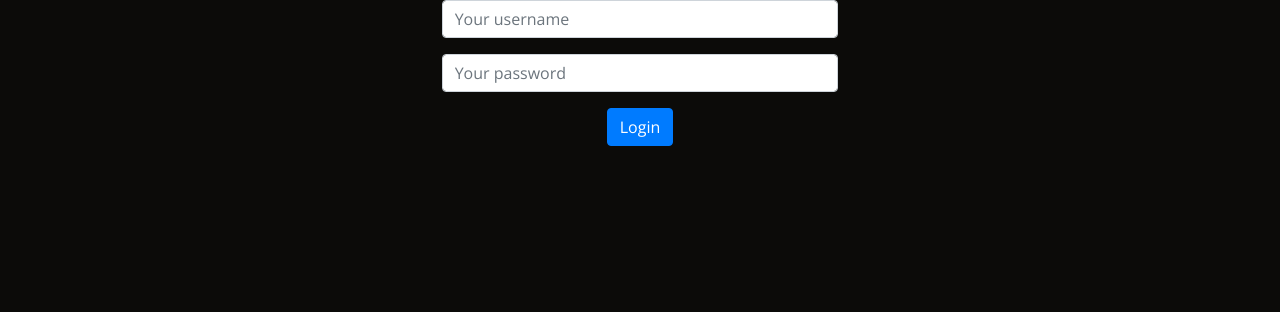
Repository: Amalraveendran/Amal
Page: http://localhost/cakehub/login.jsp
The author's editor kept a copy of each file at every save. The page is drawn from the files as they stood at one save, then again after the next save.
The browser window is 1280 px wide. The pictures show the whole page.
Some web fonts or font styles are not loaded; a fallback is used. The page is served by Tomcat 9. Other server files are loaded and not shown.

Above is the page before, as saved 2021-01-30 10:02:17.
Console error: TypeError: $(...).datepicker is not a function

### Eclipse Workspace/cakehub/WebContent/login.jsp
<%@ page language="java" contentType="text/html; charset=ISO-8859-1"
    pageEncoding="ISO-8859-1"%>
<!DOCTYPE html>
<html>
<head>
<meta charset="ISO-8859-1">
<title>Admin-panel</title>

 <link href="assets/img/back.jpg" rel="icon">
  <link href="assets/img/index.jpg" rel="apple-touch-icon">

  <!-- Google Fonts -->
  <link href="https://fonts.googleapis.com/css?family=Open+Sans:300,300i,400,400i,600,600i,700,700i|Playfair+Display:ital,wght@0,400;0,500;0,600;0,700;1,400;1,500;1,600;1,700|Poppins:300,300i,400,400i,500,500i,600,600i,700,700i" rel="stylesheet">

  <!-- Vendor CSS Files -->
  <link href="assets/vendor/bootstrap/css/bootstrap.min.css" rel="stylesheet">
  <link href="assets/vendor/icofont/icofont.min.css" rel="stylesheet">
  <link href="assets/vendor/boxicons/css/boxicons.min.css" rel="stylesheet">
  <link href="assets/vendor/animate.css/animate.min.css" rel="stylesheet">
  <link href="assets/vendor/owl.carousel/assets/owl.carousel.min.css" rel="stylesheet">
  <link href="assets/vendor/venobox/venobox.css" rel="stylesheet">
  <link href="assets/vendor/aos/aos.css" rel="stylesheet">

  <!-- Template Main CSS File -->
  <link href="assets/css/style.css" rel="stylesheet">
</head>
<body>
<center>
<div>
<form action="AdminLogin" >

            <div class="col-lg-4 col-md-6 form-group">
              <input type="text" class="form-control" name="uname" id="uname" placeholder="Your username" data-rule="email" data-msg="Please enter a valid email">

            </div>
            <div class="col-lg-4 col-md-6 form-group">
              <input type="password" class="form-control" name="pwd" id="pwd" placeholder="Your password" data-rule="minlen:4" data-msg="Please enter at least 4 chars">
			</div>


            <input type="submit" class="btn btn-primary" value="Login">



</form>
 </div>
</center>
 <script src="assets/vendor/jquery/jquery.min.js"></script>
  <script src="assets/vendor/bootstrap/js/bootstrap.bundle.min.js"></script>
  <script src="assets/vendor/jquery.easing/jquery.easing.min.js"></script>
  <script src="assets/vendor/php-email-form/validate.js"></script>
  <script src="assets/vendor/owl.carousel/owl.carousel.min.js"></script>
  <script src="assets/vendor/isotope-layout/isotope.pkgd.min.js"></script>
  <script src="assets/vendor/venobox/venobox.min.js"></script>
  <script src="assets/vendor/aos/aos.js"></script>
  <script>
    $('#datepicker').datepicker({
        uiLibrary: 'bootstrap4'
    });
</script>
  <!-- Template Main JS File -->
  <script src="assets/js/main.js"></script>
</body>
</html>

Loaded but not shown: Eclipse Workspace/cakehub/WebContent/assets/js/main.js (220 lines, source omitted); Eclipse Workspace/cakehub/WebContent/assets/css/style.css (1797 lines, source omitted)

After the next save:
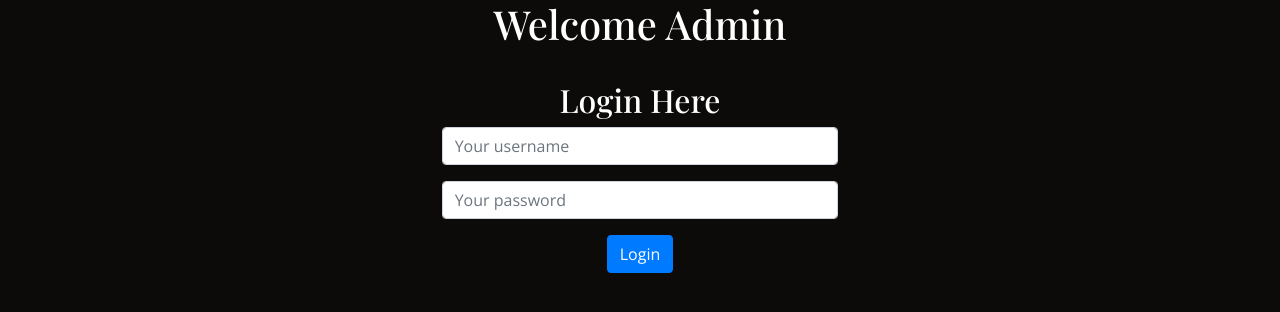
Saved 58 s later.
--- a/Eclipse Workspace/cakehub/WebContent/login.jsp
+++ b/Eclipse Workspace/cakehub/WebContent/login.jsp
@@ -26,6 +26,9 @@
 </head>
 <body>
 <center>
+<h1>Welcome Admin</h1>
+<hr>
+<h2>Login Here</h2>
 <div>
 <form action="AdminLogin" >
 
